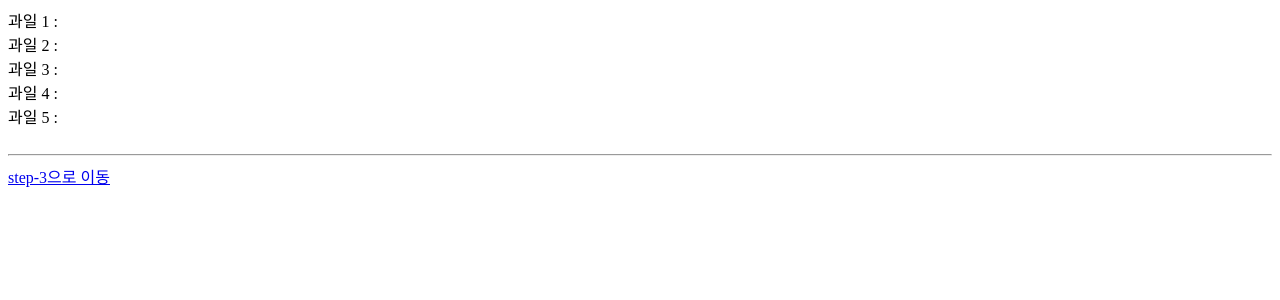
Repository: saeeeem2/2023JSTL
Page: http://localhost/jstl_study/step-4.jsp
These files come from the project's save history. The page is drawn as it stood at one moment and after the next save; the edit follows.
The browser window is 1280 px wide. The pictures show the whole page.
The page is served by Tomcat 9. Other server files are loaded and not shown.

Above is the page before, as saved 2023-11-23 00:12:04.

### jstl_study/src/main/webapp/step-4.jsp
<%@ page language="java" contentType="text/html; charset=UTF-8"
    pageEncoding="UTF-8"%>
    <%@ taglib uri="http://java.sun.com/jsp/jstl/core" prefix="c"%>
<!DOCTYPE html>
<html>
<head>
<meta charset="UTF-8">
<title>Insert title here</title>
</head>
<body>

과일 1 : ${paramValues.food[0] }<br>
과일 2 : ${paramValues.food[1] }<br>
과일 3 : ${paramValues.food[2] }<br>
과일 4 : ${paramValues.food[3] }<br>
과일 5 : ${paramValues.food[4] }<br>
<br>
<hr>

<c:forEach items="${paramValues.food }" var="foods">

	과일 : ${foods }<br>

</c:forEach>

<a href="step-3.jsp">step-3으로 이동</a>

</body>
</html>

After the next save:
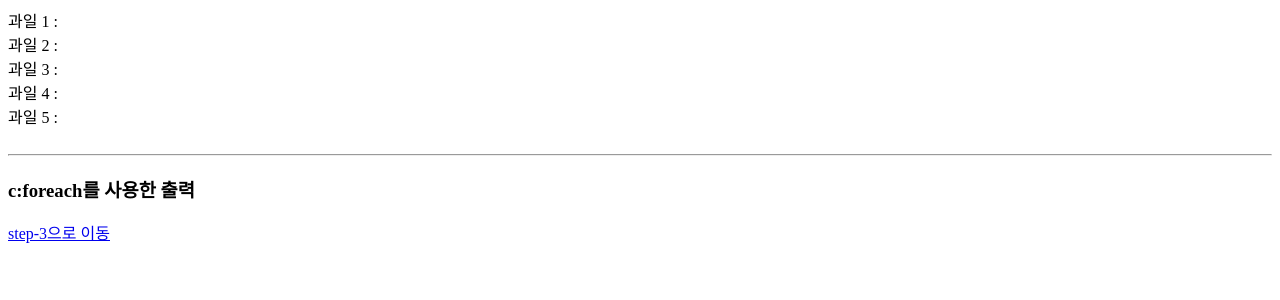
Saved 21 s later.
--- a/jstl_study/src/main/webapp/step-4.jsp
+++ b/jstl_study/src/main/webapp/step-4.jsp
@@ -16,7 +16,7 @@
 과일 5 : ${paramValues.food[4] }<br>
 <br>
 <hr>
-
+<h3>c:foreach를 사용한 출력</h3>
 <c:forEach items="${paramValues.food }" var="foods">
 
 	과일 : ${foods }<br>
